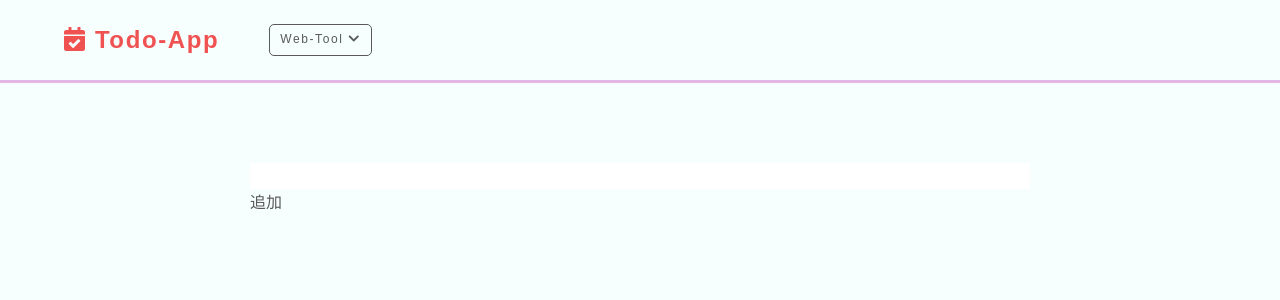
Repository: Hiroshii-m/todo_vue
Page: index.html
An editor plug-in stored every save of this project. The page is shown before and after the next save, followed by the edit.
The browser window is 1280 px wide. The pictures show the whole page.
The style sheet was rebuilt from its Sass, Less or Tailwind sources for each picture, by a compiler version that may differ from the author's.

Above is the page before, as saved 2021-06-26 17:57:53.

### index.html
<!DOCTYPE html>
<html lang="en">
<head>
    <meta charset="UTF-8">
    <meta http-equiv="X-UA-Compatible" content="IE=edge">
    <meta name="viewport" content="width=device-width, initial-scale=1.0">
    <link rel="stylesheet" href="node_modules/@fortawesome/fontawesome-free/css/all.css">
    <link rel="stylesheet" href="dist/css/style.css">
    <title>TODO APP Vue</title>
</head>
<body class="u-bgColor-base">

    <!-- header -->
    <header id="l-header" class="u-border-bottom">
        <div class="c-header">
            <h2 class="c-header__home">
                <i class="fas fa-calendar-check"></i>
                <a class="c-header__text" href="">Todo-App</a>
            </h2>
            <h3 class="c-header__other">
                Web-Tool
                <i class="fas fa-chevron-down"></i>
            </h3>
        </div>
    </header><!-- /header -->

    <!-- main -->
    <section id="l-main">
        <div class="c-main">
            <div id="l-addTask">
                <div class="c-addTask">
                    <input type="text" class="c-addTask__input">
                    <button class="c-addTask__add">追加</button>
                </div>
            </div>
            <div id="l-search"></div>
            <div id="l-list"></div>
        </div>
    </section>
    <!-- /main -->

</body>
</html>

### src/scss/style.scss

// ======================================
// foundation
// ======================================
@use 'foundation/reset';
@use 'foundation/variables';
@use 'foundation/base';
// ======================================
// layout
// ======================================
#l-header {
    width: 100%;
}
#l-main {
    padding: 80px;
}
// ======================================
// object
// ======================================
// Component
// **************************************
.c-header {
    width: 90%;
    height: 80px;
    margin: 0 auto;
    display: flex;
    align-items: center;
    &__home {
        margin-right: 50px;
        font-weight: bold;
        color: var(--color_red);
        font-size: var(--font-size_xl);
    }
    &__other {
        font-size: var(--font-size_s);
        padding: var(--space_s) var(--space_m);
        border: 1px solid var(--font-color_default);
        border-radius: 5px;
        cursor: pointer;
    }
}
.c-main {
    width: var(--site-width_xxl);
    margin: 0 auto;
}
// Project
// **************************************
// Utility
// **************************************
.u-border {
    &-bottom {
        border-bottom: 3px solid var(--color_accent);
    }
}
.u-bgColor {
    &-base {
        background: var(--color_base);
    }
}

### src/scss/foundation/_variables.scss
:root {
    --font-color_default: #5A5A5A;
    --color_base: #F7FFFE;
    --color_accent: #E3B6E5;
    --color_edit: #C8E4F4;
    --color_complete: #C8E4F4;
    --color_red: #F05252;
    --color_blue: #25A1EF;


    --site-width_xxl: 780px;
    --site-width_xl: 680px;
    --site-width_md: 580px;
    --site-width_ms: 414px;

    --font-size_s: 12px;
    --font-size_m: 14px;
    --font-size_default: 16px;
    --font-size_l: 18px;
    --font-size_xl: 24px;
    --font-size_xxl: 28px;
    --font-size_3l: 38px;


    --space_s: 5px;
    --space_m: 10px;
    --space_l: 15px;
    --space_xl: 20px;
    --space_xxl: 30px;
    --space_3l: 40px;

    --font-family_default: "メイリオ", sans-serif;
}

### src/scss/foundation/_base.scss
html, body {
    width: 100%;
    color: var(--font-color_default);
    line-height: 1.6;
    font-family: var(--font-family_default);
    letter-spacing: 0.1em;
}

p, a {
    -webkit-font-smoothing: antialiased;
}

img {
    width: 100%;
    height: 100%;
    vertical-align: bottom;
    object-fit: cover;
}

input {
    display: block;
    width: 100%;
    background: #fff;
}

textarea {
    resize: vertical;
    height: 30px;
}

::placeholder {
    color: #ccc;
}

iframe {
    width: 100%;
}

i {
    cursor: pointer;
}

Loaded but not shown: node_modules/@fortawesome/fontawesome-free/css/all.css (library); src/scss/foundation/_reset.scss (common file)

After the next save:
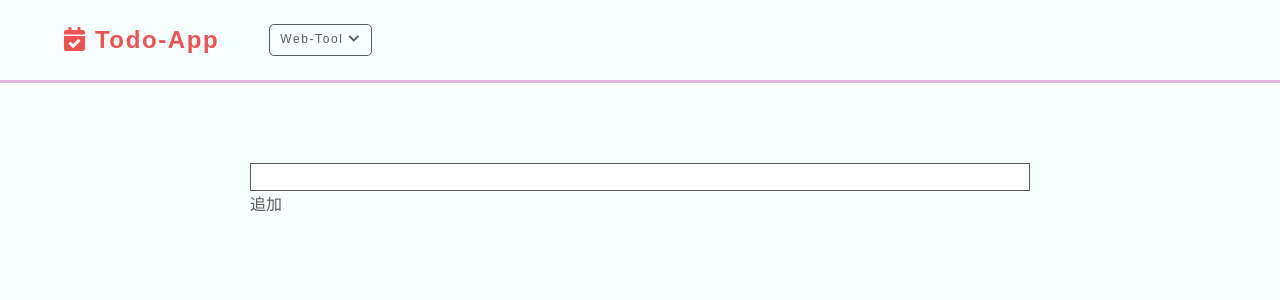
Saved 94 s later.
--- a/src/scss/style.scss
+++ b/src/scss/style.scss
@@ -43,6 +43,11 @@
     width: var(--site-width_xxl);
     margin: 0 auto;
 }
+.c-addTask {
+    &__input {
+        border: 1px solid var(--font-color_default);
+    }
+}
 // Project
 // **************************************
 // Utility
